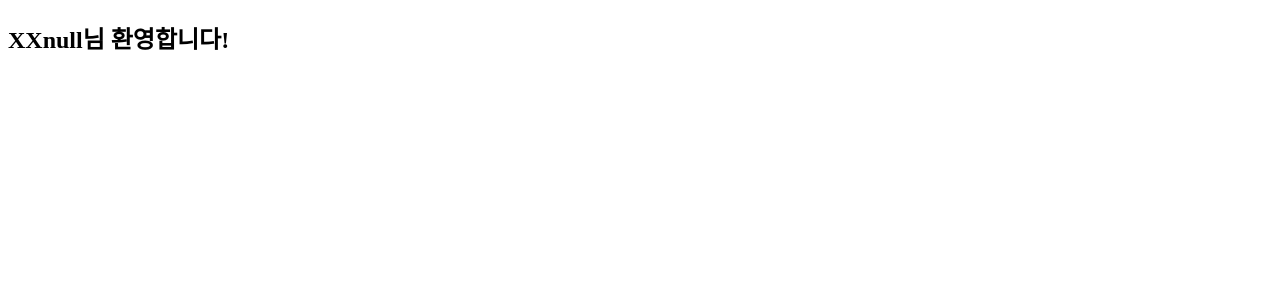
Repository: Baekdusan-baekho/jsp_practice
Page: http://localhost/JspBasic/session/session_welcome.jsp
The author's editor kept a copy of each file at every save. The page is drawn from the files as they stood at one save, then again after the next save.
The browser window is 1280 px wide. The pictures show the whole page.
The page is served by Tomcat 9. Other server files are loaded and not shown.

Above is the page before, as saved 2023-09-12 00:46:54.

### JspBasic/src/main/webapp/session/session_welcome.jsp
<%@ page language="java" contentType="text/html; charset=UTF-8"
    pageEncoding="UTF-8"%>

    <%
    	String id = (String) session.getAttribute("user_id");
    %>
<!DOCTYPE html>
<html>
<head>
<meta charset="UTF-8">
<title>Insert title here</title>
</head>
<body>

	<h2>XX<%=id %>님 환영합니다!</h2>



</body>
</html>

After the next save:
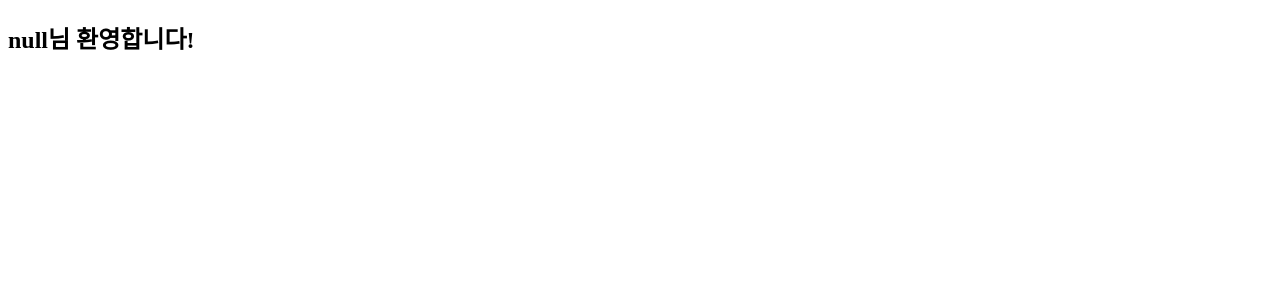
Saved 3 min 23 s later.
--- a/JspBasic/src/main/webapp/session/session_welcome.jsp
+++ b/JspBasic/src/main/webapp/session/session_welcome.jsp
@@ -12,7 +12,7 @@
 </head>
 <body>
 
-	<h2>XX<%=id %>님 환영합니다!</h2>
+	<h2><%=id %>님 환영합니다!</h2>
 
 
 
